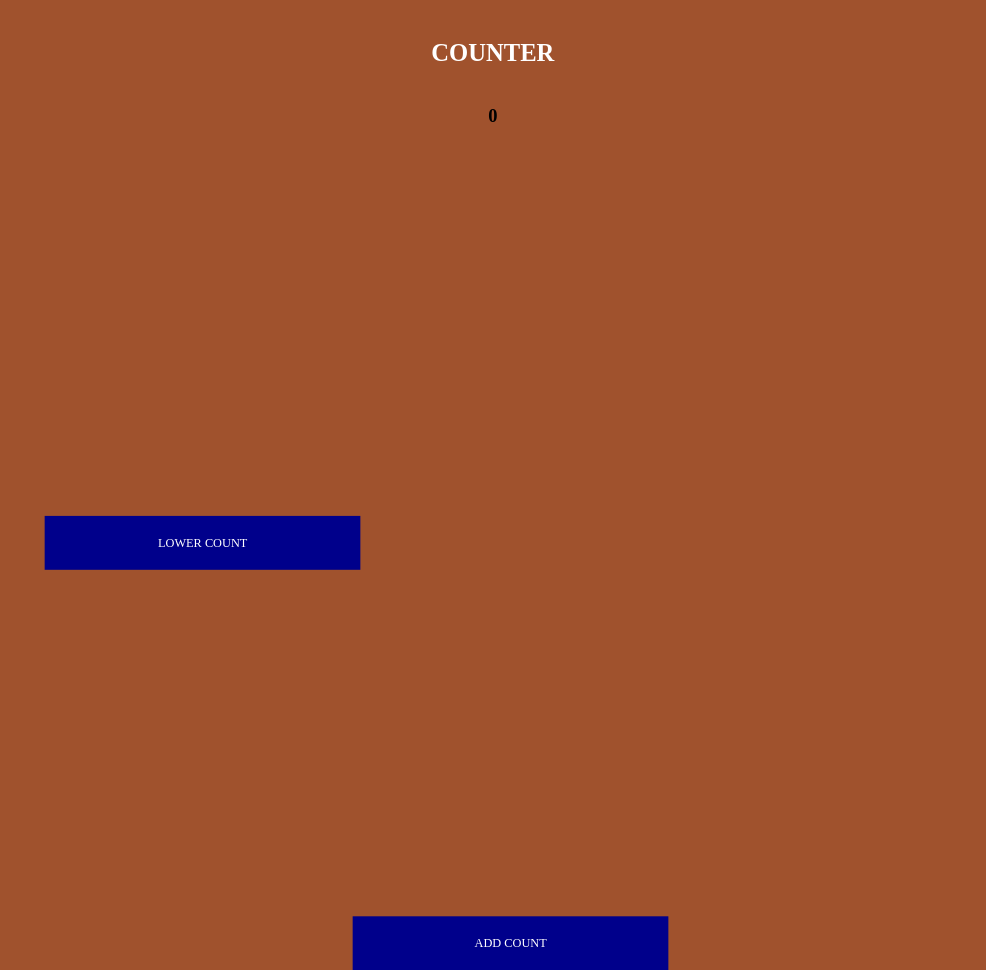
Repository: Seryozha02/Calculator
Page: calculator.html
An editor plug-in stored every save of this project. The page is shown before and after the next save, followed by the edit.
The browser window is 1280 px wide. The pictures show the whole page, at 77% of full size.

Above is the page before, as saved 2022-02-14 17:10:16.

### calculator.html
<!DOCTYPE html>
<html lang="en">

<head>
    <meta charset="UTF-8">
    <meta http-equiv="X-UA-Compatible" content="IE=edge">
    <meta name="viewport" content="width=4, initial-scale=1.0">
    <link rel="stylesheet" href="./calculator.css">
    <title>Calculator</title>
</head>

<body>
    <div class="header">
    <h1>COUNTER</h1>
    <strong><h2>0</h2></strong>
    <br><br>
</div>
    <div class="row">
        <div class="column1">
            <div class="card">
                <p><i class="fa fa-user"></i></p>
                <p>LOWER COUNT</p>
            </div>
        </div>

        <div class="column2">
            <div class="card">
                <p><i class="fa fa-smile-o"></i></p>
                <p>ADD COUNT</p>
            </div>
        </div>
    </div>
</body>
<script src="./calculator.js"></script>
</body>

</html>

### calculator.css
h1 {
    color: white;
    margin-top: ;
}
html{
    background-color: sienna;
}

h2{
    margin-top: 50px;
}
.header{
    margin-top: 50px;
}

* {
    box-sizing: border-box;
}

body {
    text-align: center;
}

/* Float columns */
.column1 {
    float: left;
    width: 33%;
    padding: 0 5px;
    margin-top: 450px;
    margin-left: 50px;
}

.row {
    margin: 0 -5px;
}

.row:after {
    content: "";
    display: table;
}


.column2 {
    float: left;
    width: 33%;
    padding: 0 5px;
    margin-left: 450px;
    margin-top: 450px;
}

.row {
    margin: 0 -5px;
}

.row:after {
    content: "";
    display: table;
}

/* Style the cards */
.card {
    padding: 10px;
    text-align: center;
    background-color: darkblue;
    color: white;
    }

.card:hover {
    transform: scale(1.1);
    background-color: black;
    transition-duration: 2s;
    color: white;
}
      */
/* .fa {
    font-size: 50px;
}

Loaded but not shown: calculator.js (no copy from this time; the picture is the same without it)

After the next save:
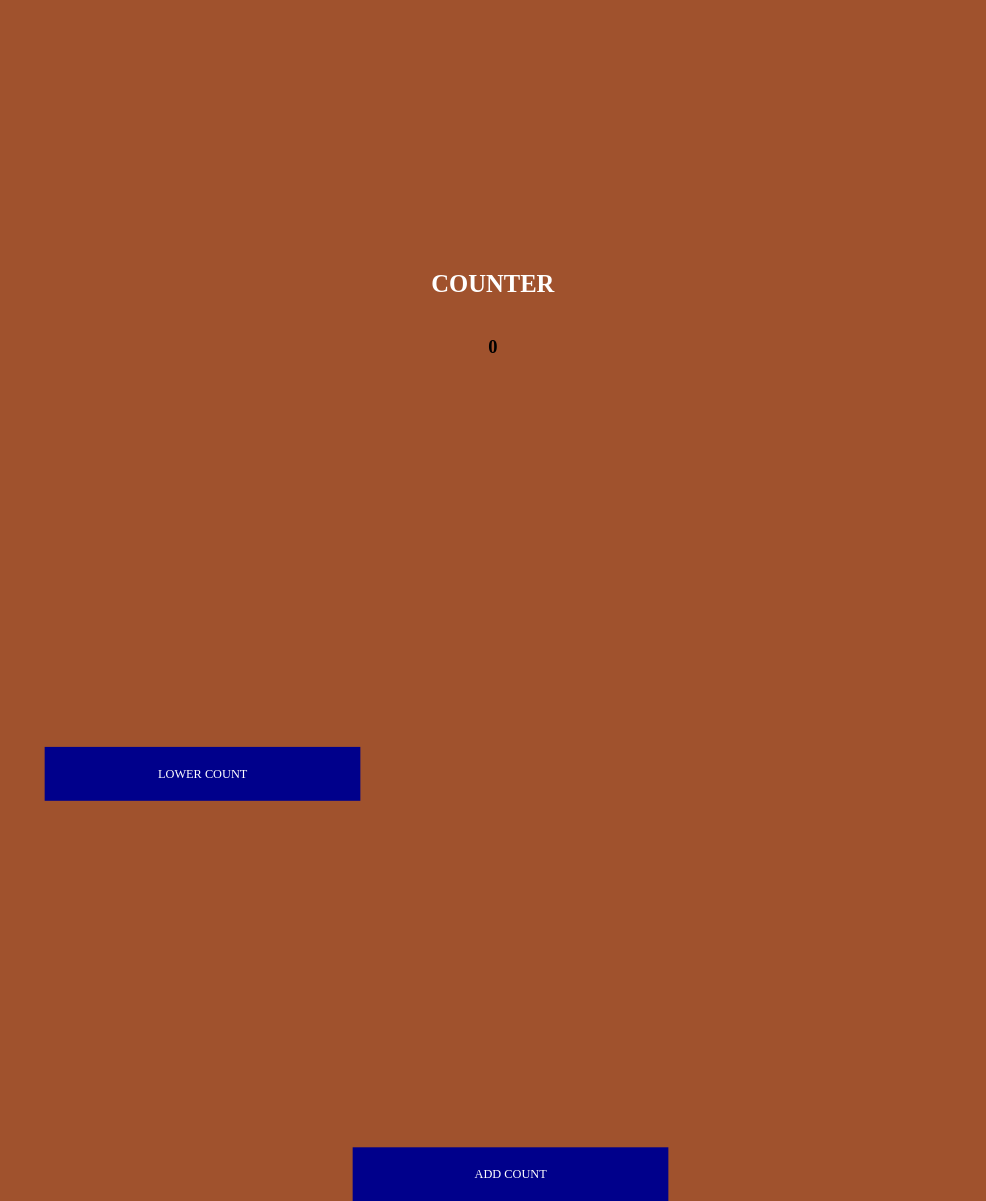
Saved 10 s later.
--- a/calculator.css
+++ b/calculator.css
@@ -10,7 +10,7 @@
     margin-top: 50px;
 }
 .header{
-    margin-top: 50px;
+    margin-top: 350px;
 }
 
 * {

After the save that followed:
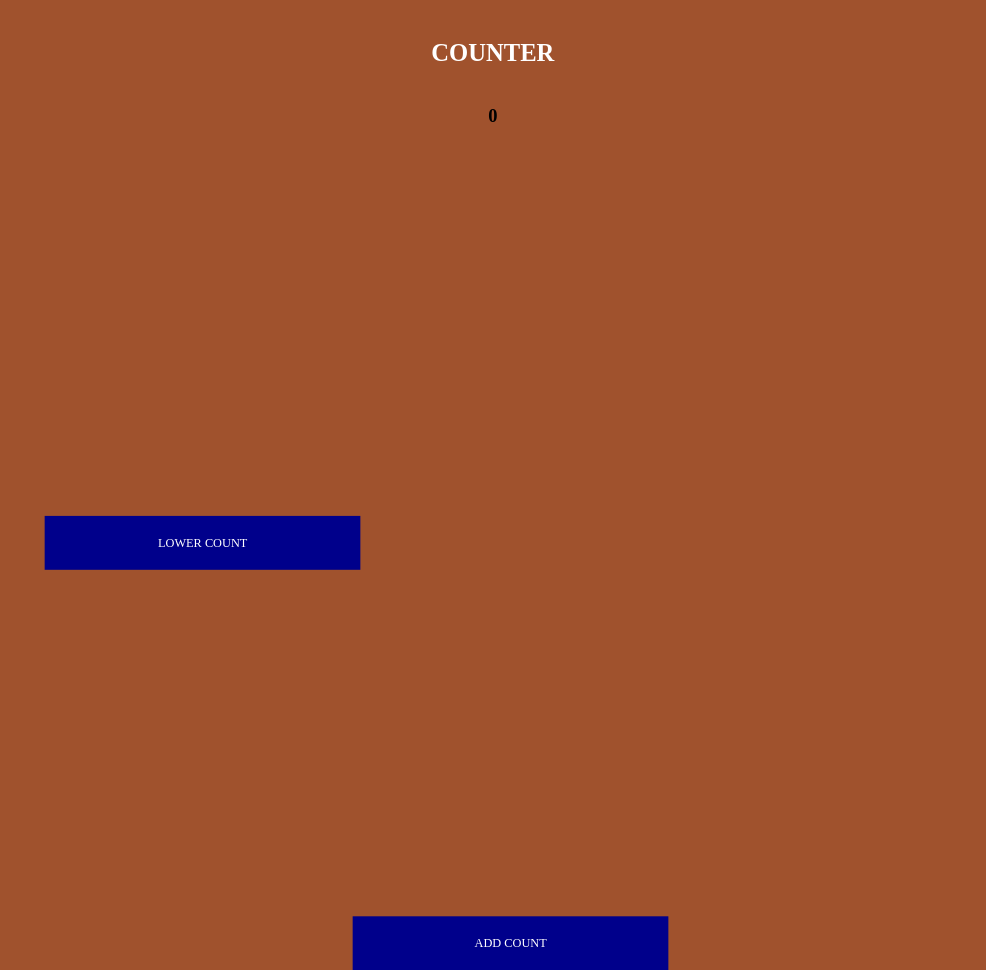
Saved 9 s later.
--- a/calculator.css
+++ b/calculator.css
@@ -10,7 +10,7 @@
     margin-top: 50px;
 }
 .header{
-    margin-top: 350px;
+    margin-top: 50px;
 }
 
 * {
